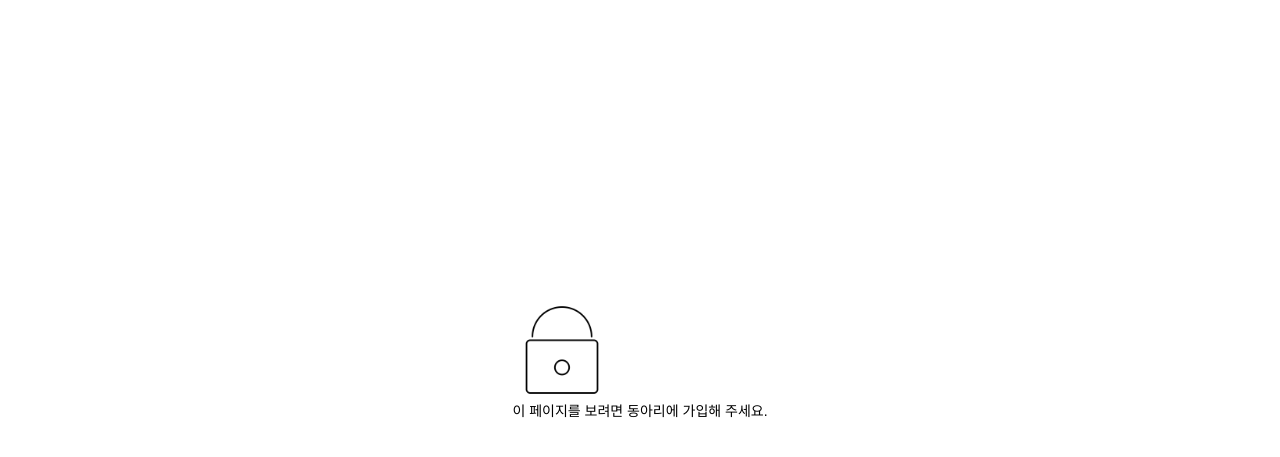
Repository: hyodii/FinalProject
Page: http://localhost/ViewPage/scret.jsp
An editor plug-in stored every save of this project. The page is shown before and after the next save, followed by the edit.
The browser window is 1280 px wide. The pictures show the whole page.
The page is served by Tomcat 9.

Above is the page before, as saved 2021-12-09 05:31:36.

### ViewPage/WebContent/scret.jsp
<%@ page language="java" contentType="text/html; charset=UTF-8"
    pageEncoding="UTF-8"%>
<!DOCTYPE html>
<html>
<head>
<meta charset="UTF-8">
<title>Insert title here</title>
<style type="text/css">

/*reset*/
* {margin: 0;padding: 0;}
body {margin: 0;}
h1, h2, h3, h4, h5, h6, p, ul, ol, li, dl, dt, dd {margin: 0; padding: 0;}
h1, h2, h3, h4, h5, h6 {font-weight: 700; }
a {color: inherit; text-decoration: inherit;}
img {vertical-align: middle;}
a img {border: none;}
li {list-style: none;}
address, em, i, ul {font-style: normal;}

/*layout*/
.mo {display: none;}
.en {font-family: 'Exo 2', sans-serif;}
body {font-family: 'Noto Sans KR', sans-serif; font-size: 14px;}

.wrap
{
	/* margin: 0 auto;  */
	display: flex;
	justify-content: center;
	align-items:center;
	min-height: 100vh;
}



img
{
	width: 100px;
	height: 100px;
	display: block;
	text-align: center;
}

#text
{
	width:fit-content;
	margin: auto;
}
</style>
</head>
<body>
<!--
	scret.jsp
	이 페이지를 보려면 동아리에 가입해주세요.
-->
<div class="wrap">

	<div id="text">
	<img src="images/lock.png" alt="" />
	이 페이지를 보려면 동아리에 가입해 주세요.
	</div>


</div>



</body>
</html>

After the next save:
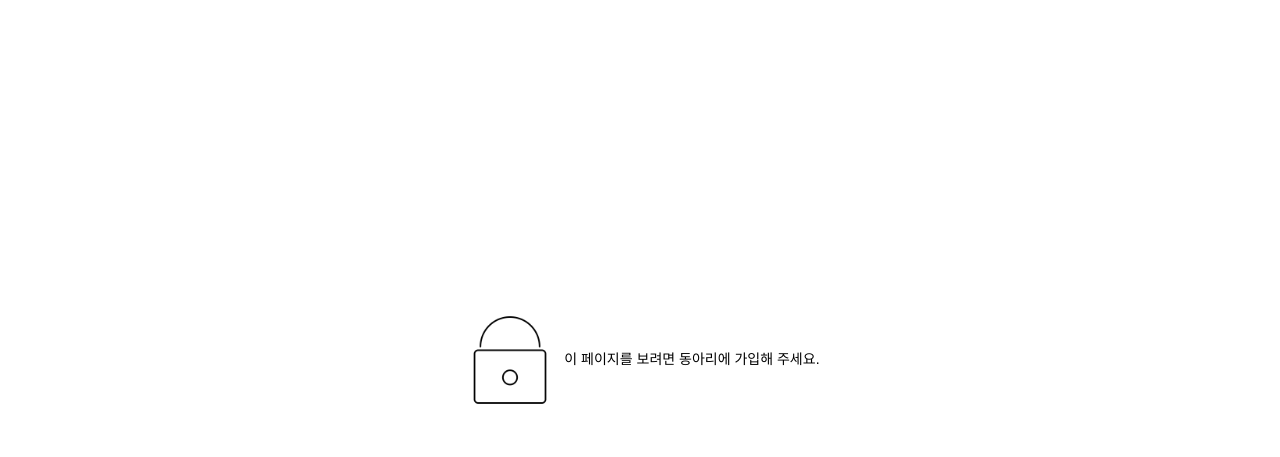
Saved 116 s later.
--- a/ViewPage/WebContent/scret.jsp
+++ b/ViewPage/WebContent/scret.jsp
@@ -38,7 +38,6 @@
 {
 	width: 100px;
 	height: 100px;
-	display: block;
 	text-align: center;
 }
 

After the save that followed:
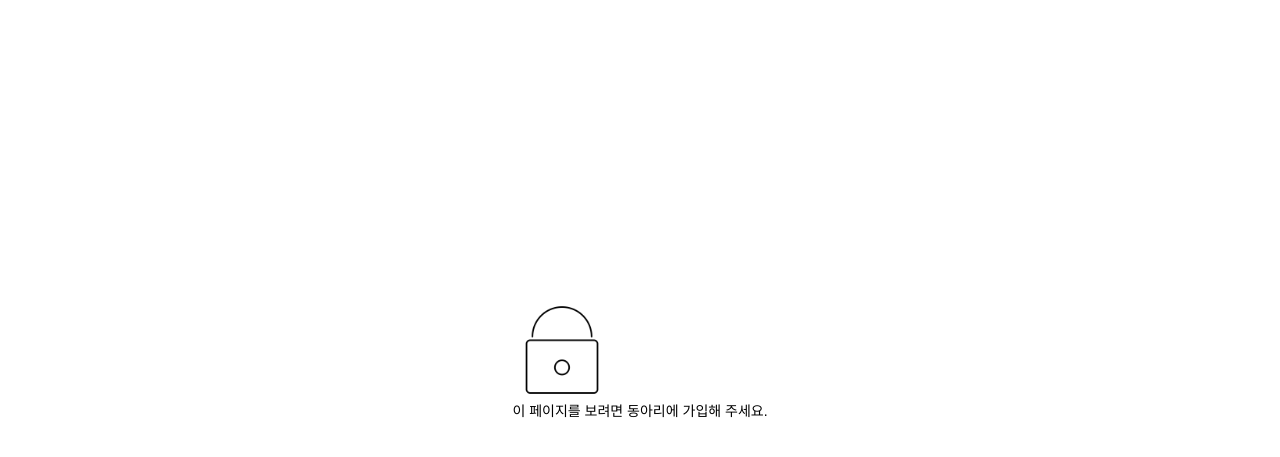
Saved 11 s later.
--- a/ViewPage/WebContent/scret.jsp
+++ b/ViewPage/WebContent/scret.jsp
@@ -38,6 +38,7 @@
 {
 	width: 100px;
 	height: 100px;
+	display: block;
 	text-align: center;
 }
 
